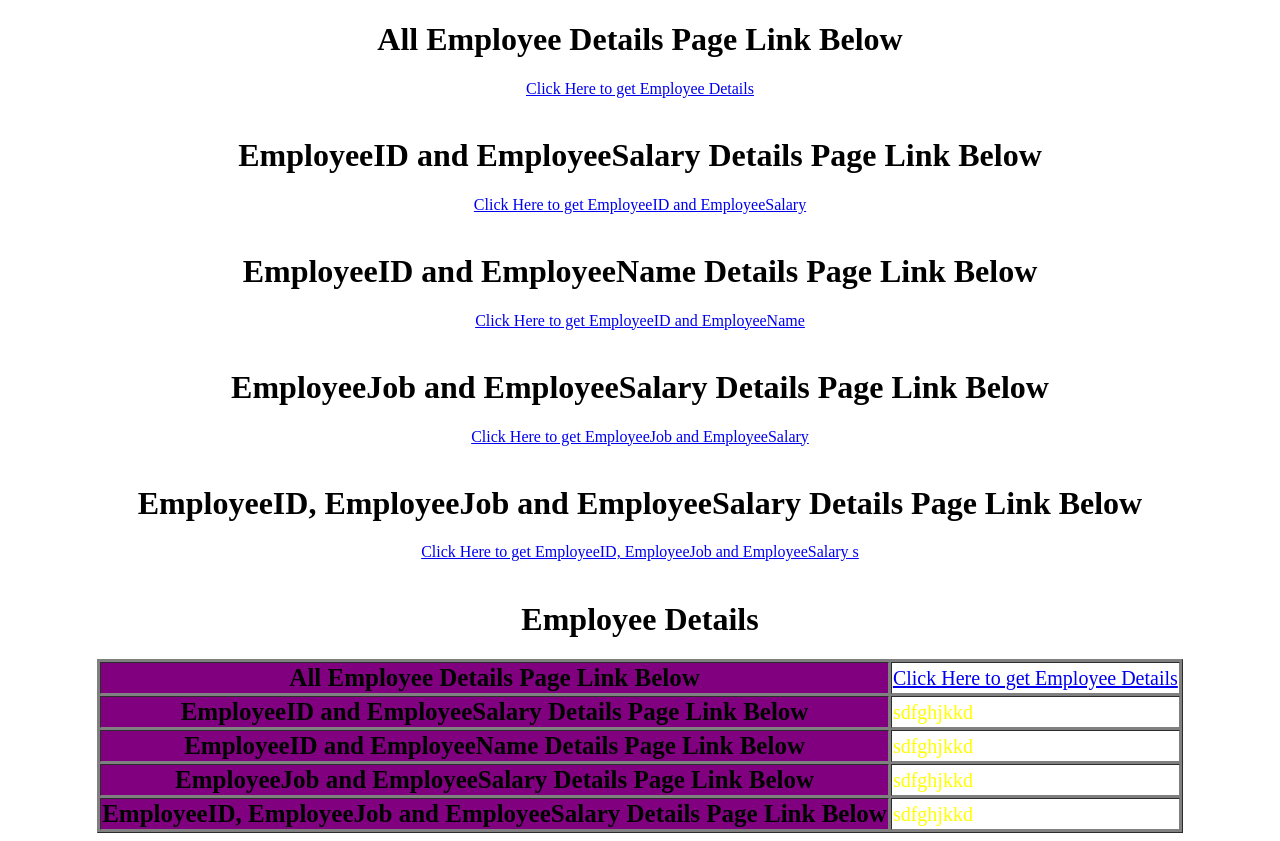
Repository: RhutujaBD/SpringMVCSession
Page: http://localhost/Spring-MVC-JDBCTemplate/WEB-INF/pages/home.jsp
These files come from the project's save history. The page is drawn as it stood at one moment and after the next save; the edit follows.
The browser window is 1280 px wide. The pictures show the whole page.
The page is served by Tomcat 9. Nobody is signed in. The template is opened directly, without the code that normally fills it, so the values that code supplies are empty.

Above is the page before, as saved 2023-03-29 11:02:29.

After the next save:
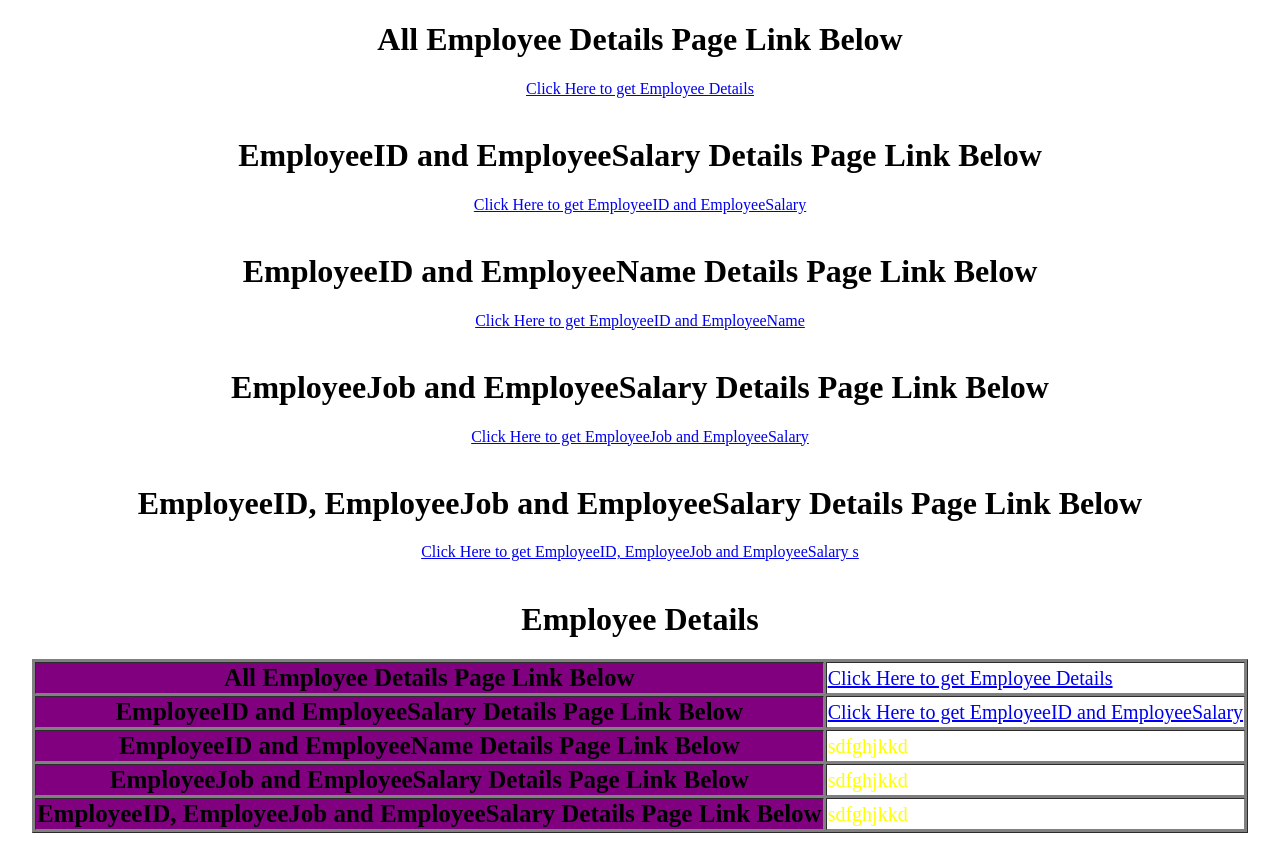
Saved 35 s later.
--- a/Spring-MVC-JDBCTemplate/src/main/webapp/WEB-INF/pages/home.jsp
+++ b/Spring-MVC-JDBCTemplate/src/main/webapp/WEB-INF/pages/home.jsp
@@ -48,7 +48,7 @@
 		</tr>
 		<tr bgcolor="purple" bordercolor="black">
 			<th>EmployeeID and EmployeeSalary Details Page Link Below</th>
-			<td bgcolor="white">sdfghjkkd</td>
+			<td bgcolor="white"><a href="list_id_sal.htm">Click Here to get EmployeeID and EmployeeSalary</a></td>
 		</tr>
 		<tr bgcolor="purple" bordercolor="black">
 			<th>EmployeeID and  EmployeeName Details Page Link Below</th>
